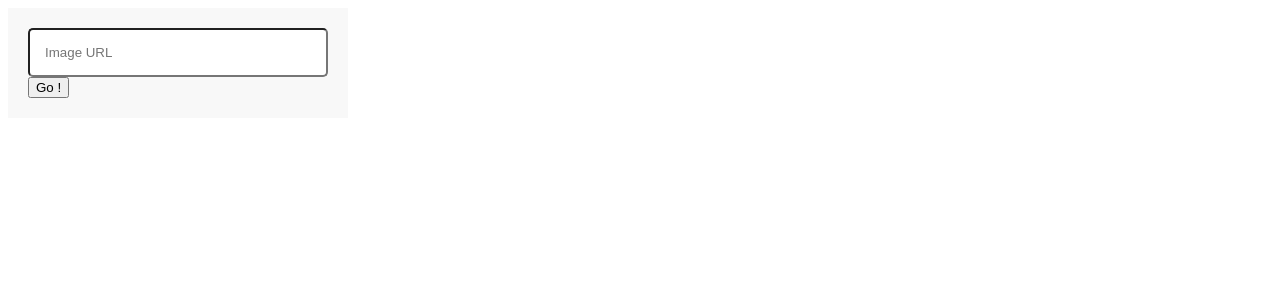
Repository: MascarenhasLF/extension-images
Page: index.html
These files come from the project's save history. The page is drawn as it stood at one moment and after a run of saves; the edit follows.
The browser window is 1280 px wide. The pictures show the whole page.

Above is the page before, as saved 2022-08-04 10:10:10.

### index.html
<!DOCTYPE html>
<html lang="en">
<head>
    <meta charset="UTF-8">
    <link rel="stylesheet" href="style.css">
</head>
<body>

    <form>
        <input type="text" class="input" placeholder="Image URL">
        <button class="button">Go !</button>
    </form>
</body>
</html>

### style.css
form {
    background-color: #f8f8f8;
    width: 300px;
    display: flex;
    flex-wrap: wrap;
    padding: 20px;
}

.input {
    width: 100%;
    padding: 15px;
    outline: none;
    border-radius: 5px;
}

After the next 5 saves:
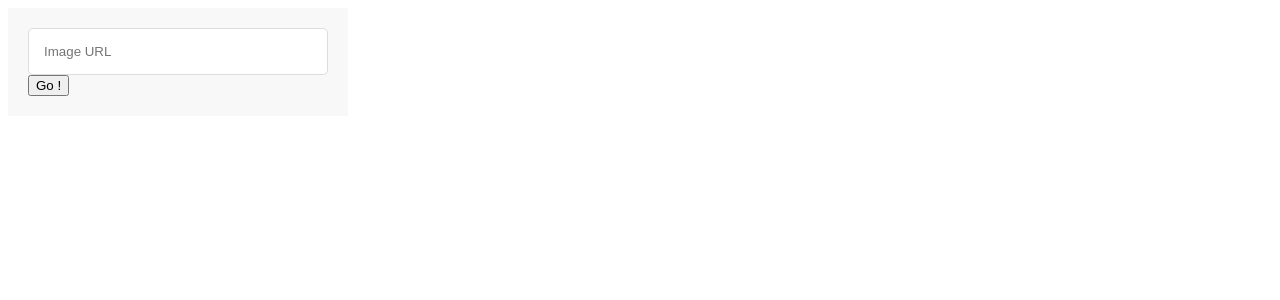
The 5 saves are shown as one change because they came seconds apart.
The last was saved 26 s later.
--- a/style.css
+++ b/style.css
@@ -11,4 +11,5 @@ form {
     padding: 15px;
     outline: none;
     border-radius: 5px;
+    border: 1px solid #ddd;
 }
